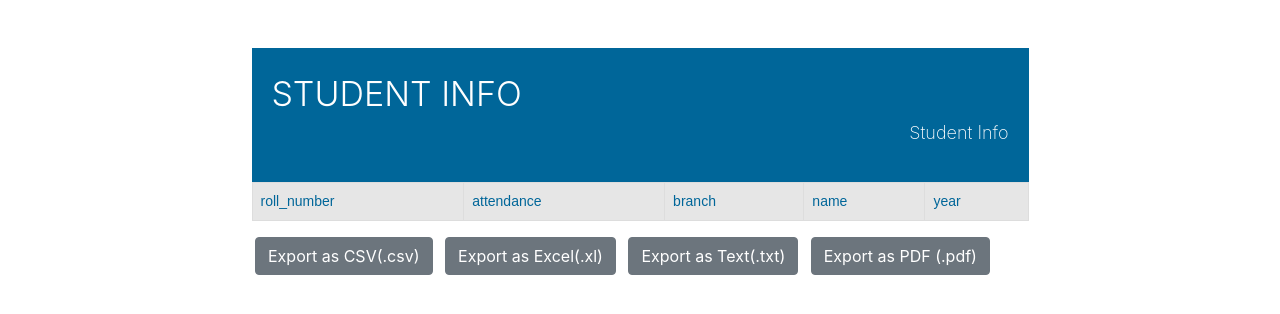
Repository: supranshu/CrystalReportGenerator
Page: http://localhost/produce_report
The author's editor kept a copy of each file at every save. The page is drawn from the files as they stood at one save, then again after the next save.
The browser window is 1280 px wide. The pictures show the whole page.
The page is this project's Thymeleaf template; nobody is signed in. The template is opened directly, without the code that normally fills it, so the values that code supplies are empty.

Above is the page before, as saved 2023-08-07 13:03:30.

### com.report/src/main/resources/templates/produce_report.html
<!DOCTYPE html>
<html xmlns:th="http://www.thymeleaf.org">
<head>
    <meta charset="UTF-8">
    <title>Produce Report</title>
    <link rel="stylesheet" href="https://maxcdn.bootstrapcdn.com/bootstrap/4.5.2/css/bootstrap.min.css">
    <style>
        /* Apply CSS styles here to mimic the appearance of the JRXML table */
        /* You can use inline styles or link to an external CSS file */
        /* Example styles to get you started */
        table {
            border-collapse: collapse;
            font-family: "Arial", sans-serif;
            width: 70%;
	        margin: 0 auto; /* Center the table horizontally */
        }

        th, td {
            padding: 8px;
            text-align: left;
            border: 1px solid #ddd;
        }
        th {
            font-size: 14px;
            font-weight: 100;
            background-color: #E6E6E6;
            color: #006699;

        }

        td {
            font-size: 14px;
            font-weight: 500;
        }

        .page-header {
            background-color: #006699;
            color: #FFFFFF;
            text-align: left;
            font-size: 34px;
            font-weight: 300;
            padding: 20px;
            width: 70%;
	        margin: 0 auto;
        }
        .page-header p{
        	text-align: right;
        	font-size: 18px;
        	font-weight: 150;

        }
        .btn-links{
        	margin-left:170px;
        }
    </style>

</head>

<body>
    <div class="container mt-5">
	        <div class="page-header">
		        STUDENT INFO
		        <p>Student Info</p>
		    </div>

			    <table>
			        <thead>
			            <tr>
			                <th>roll_number</th>
			                <th>attendance</th>
			                <th>branch</th>
			                <th>name</th>
			                <th>year</th>
			            </tr>
			        </thead>
			        <tbody>
			            <!-- Loop through students and generate table rows -->
			            <tr th:each="student : ${students}">
			                <td th:text="${student.rollNumber}">Roll Number</td>
			                <td th:text="${student.attendance}">Attendance</td>
			                <td th:text="${student.branch}">Branch</td>
			                <td th:text="${student.name}">Name</td>
			                <td th:text="${student.year}">Year</td>
			            </tr>
			        </tbody>
			    </table>









        <div class="mt-3 btn-links">
            <a class="btn btn-secondary mr-2" th:href="@{/export/csv(year=${year}, branch=${branch})}" target="_blank">Export as CSV(.csv)</a>
            <a class="btn btn-secondary mr-2" th:href="@{/export/excel(year=${year}, branch=${branch})}" target="_blank">Export as Excel(.xl)</a>
            <a class="btn btn-secondary mr-2" th:href="@{/export/notepad(year=${year}, branch=${branch})}" target="_blank">Export as Text(.txt)</a>
            <a class="btn btn-secondary" th:href="@{/export/pdf(year=${year}, branch=${branch})}" target="_blank">Export as PDF (.pdf)</a>
        </div>
    </div>


</body>
</html>

After the next save:
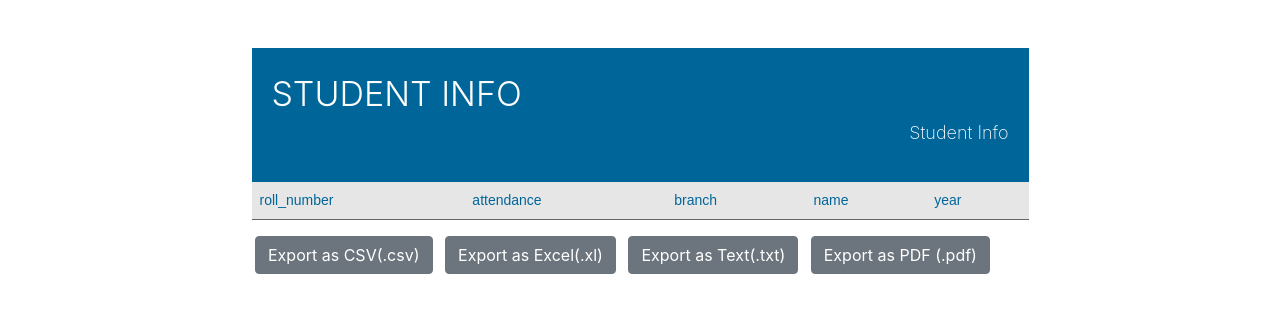
Saved 9 min 19 s later.
--- a/com.report/src/main/resources/templates/produce_report.html
+++ b/com.report/src/main/resources/templates/produce_report.html
@@ -19,6 +19,8 @@
             padding: 8px;
             text-align: left;
             border: 1px solid #ddd;
+            border: none; /* Reset all borders */
+        	border-bottom: 1px solid #666666; /* Add bottom border */
         }
         th {
             font-size: 14px;
